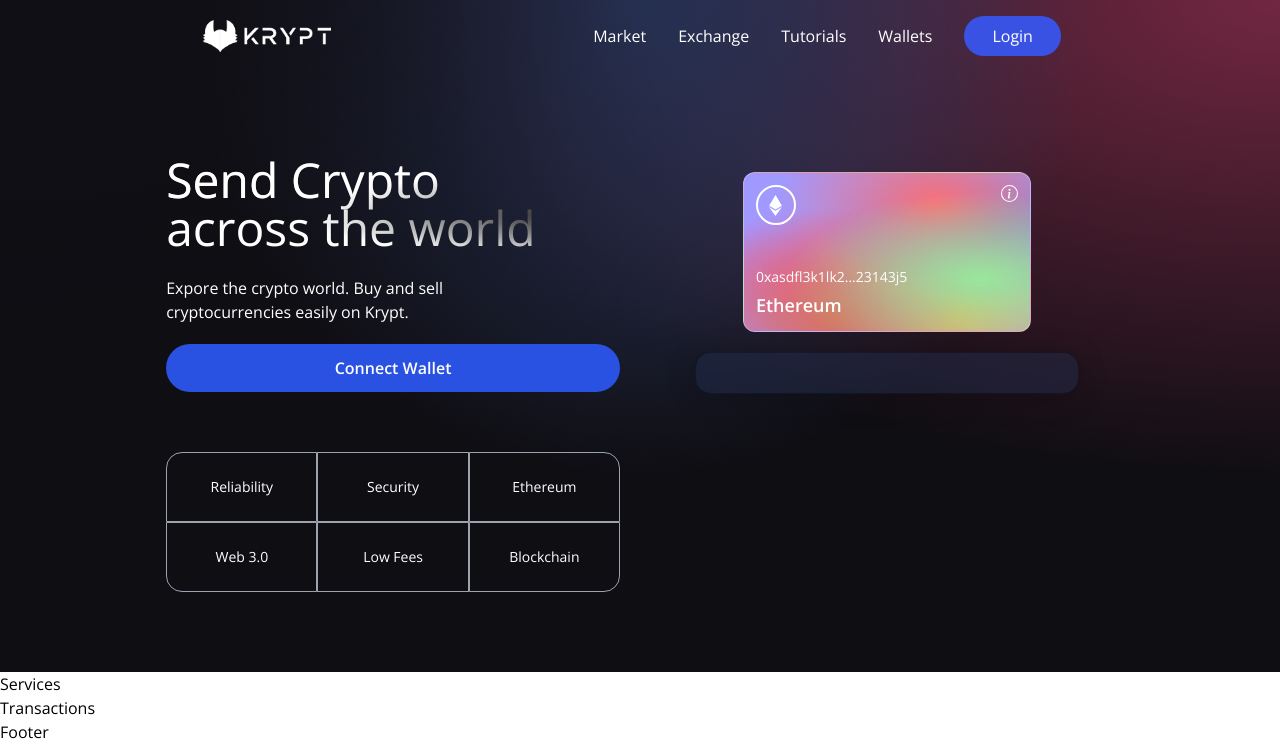
Repository: stephan-chiorean/krypt
Page: / (app in client/)
An editor plug-in stored every save of this project. The page is shown before and after the next save, followed by the edit.
The browser window is 1280 px wide. The pictures show the whole page.
The project was rebuilt for these pictures with package versions that can differ from the ones it lists, and the page was loaded fresh each time. Also part of the build but not shown: client/vite.config.js, client/src/components/Loader.jsx.

Above is the page before, as saved 2023-03-28 15:26:13.

After the next save:
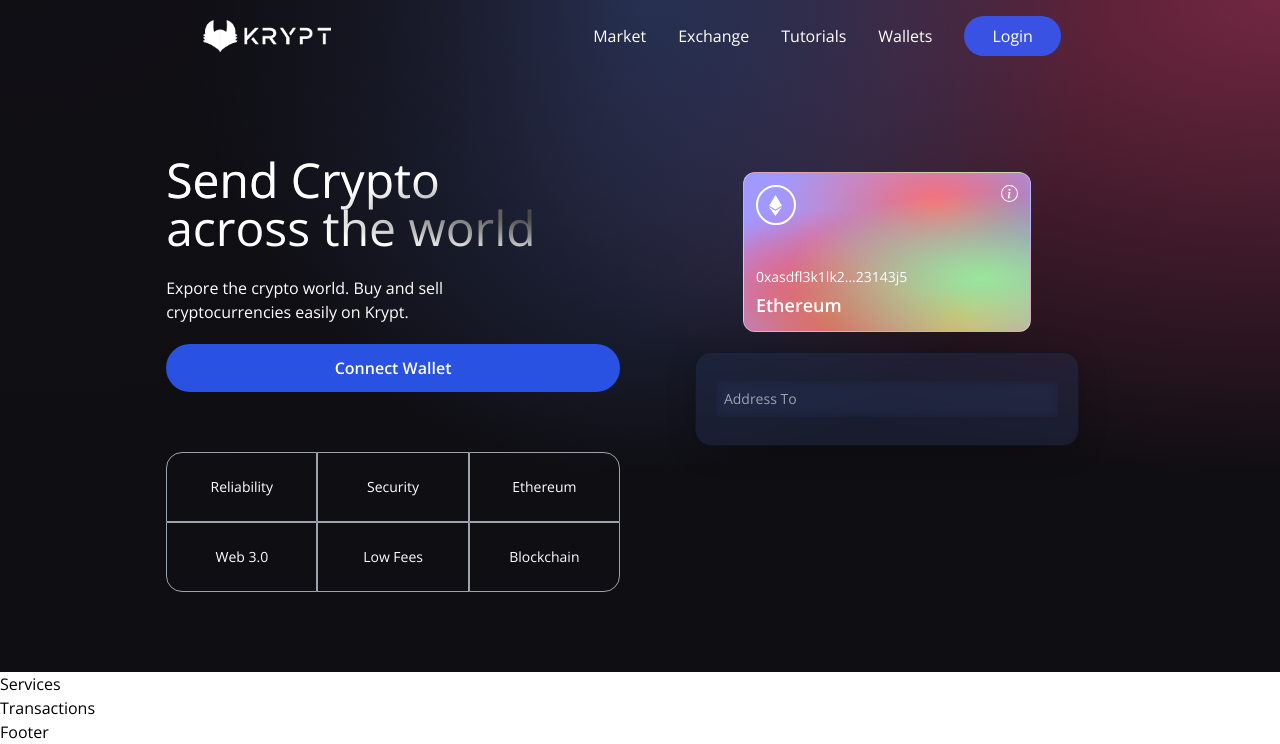
Saved 4 min 8 s later.
--- a/client/src/components/Welcome.jsx
+++ b/client/src/components/Welcome.jsx
@@ -5,6 +5,16 @@ import { Loader } from './';
 const commonStyles =
   'min-h-[70px] sm:px-0 px-2 sm:min-w-[120px] flex justify-center items-center border-[0.5px] border-gray-400 text-sm font-light text-white';
 
+const Input = ({ placeholder, name, type, value, handleChange }) => (
+  <input
+    placeholder={placeholder}
+    type={type}
+    step='0.0001'
+    value={value}
+    onChange={(e) => handleChange(e, name)}
+    className="my-2 w-full rounded-sm p-2 outline-none bg-transparent text-shite border-none text-sm white-glassmorphism"
+  />
+);
 export default () => {
   const connectWallet = () => {};
   return (
@@ -36,28 +46,33 @@ export default () => {
           </div>
         </div>
 
-        <div className="flex flex-col flex-1 items-center justify-start w-full md:mt-0 mt-10">
-          <div className="p-3 justify-end items-start flex-col rounded-xl h-40 sm:w-72 w-full my-5 eth-card white-glassmorphism">
-            <div className="flex justify-between flex-col w-full h-full">
-              <div className="flex justify-between items-start">
-                <div className="w-10 h-10 rounded-full border-2 border-white flex justify-center items-center">
-                    <SiEthereum fontSize={21} color="#fff" />
+        <div className='flex flex-col flex-1 items-center justify-start w-full md:mt-0 mt-10'>
+          <div className='p-3 justify-end items-start flex-col rounded-xl h-40 sm:w-72 w-full my-5 eth-card white-glassmorphism'>
+            <div className='flex justify-between flex-col w-full h-full'>
+              <div className='flex justify-between items-start'>
+                <div className='w-10 h-10 rounded-full border-2 border-white flex justify-center items-center'>
+                  <SiEthereum fontSize={21} color='#fff' />
                 </div>
-                <BsInfoCircle fontSize={17} color="#fff" />
+                <BsInfoCircle fontSize={17} color='#fff' />
               </div>
               <div>
-                <p className="text-white font-light text-sm">
+                <p className='text-white font-light text-sm'>
                   0xasdfl3k1lk2...23143j5
                 </p>
-                <p className="text-white font-semibold text-lg mt-1">
+                <p className='text-white font-semibold text-lg mt-1'>
                   Ethereum
                 </p>
               </div>
             </div>
           </div>
 
-          <div className="p-5 sm:w-96 w-full flex flex-col justify-start items-center blue-glassmorphism">
-
+          <div className='p-5 sm:w-96 w-full flex flex-col justify-start items-center blue-glassmorphism'>
+            <Input
+              placeholder='Address To'
+              name='addressTo'
+              type='text'
+              handleChange={() => {}}
+            />
           </div>
         </div>
       </div>
